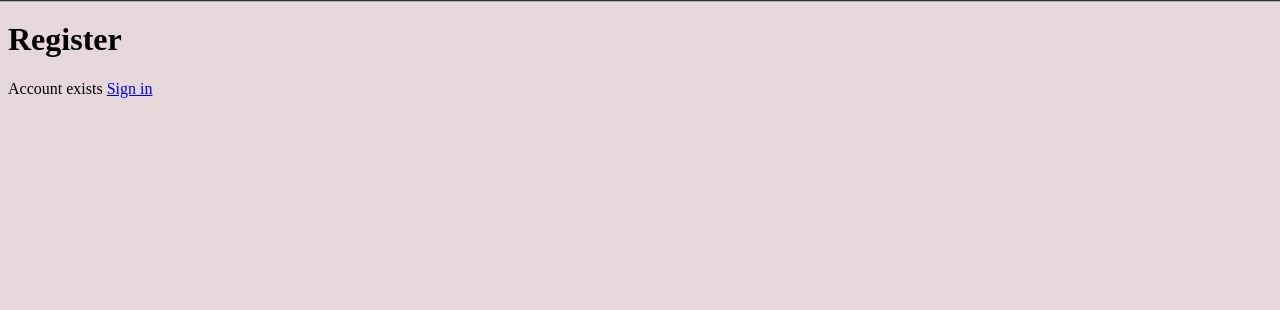
Repository: Kotya2001/FuzzyOps-App
Page: /register (app in frontend/my-app/)
These files come from the project's save history. The page is drawn as it stood at one moment and after the next save; the edit follows.
The browser window is 1280 px wide. The pictures show the whole page.
The project was rebuilt for these pictures with package versions that can differ from the ones it lists, and the page was loaded fresh each time. Also part of the build but not shown: frontend/my-app/src/pages/Item.js, frontend/my-app/src/pages/Base.js, frontend/my-app/src/pages/Login.js, frontend/my-app/src/pages/Resources.js.

Above is the page before, as saved 2022-09-18 17:28:40.

After the next save:
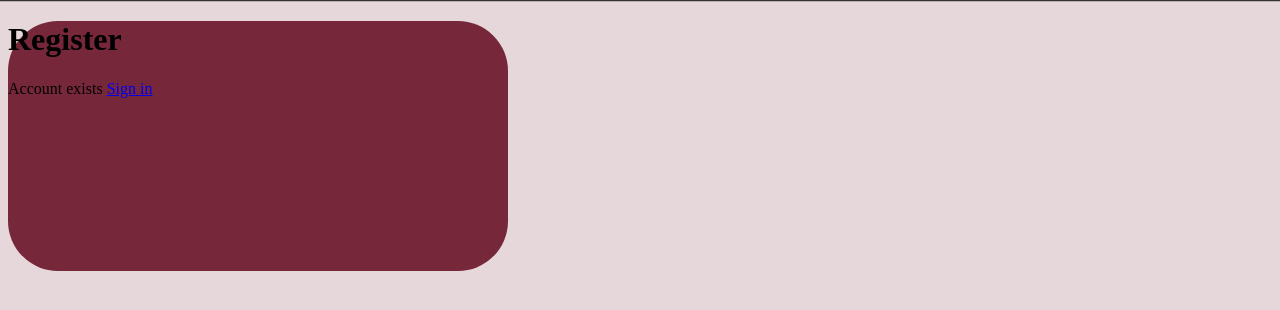
Saved 99 s later.
--- a/frontend/my-app/src/pages/Register.js
+++ b/frontend/my-app/src/pages/Register.js
@@ -4,7 +4,7 @@ import { Link } from "react-router-dom";
 export default class Register extends Component {
     render() {
         return (
-            <div>
+            <div className="inputForm">
                 <h1>Register</h1>
 
                 <p>
